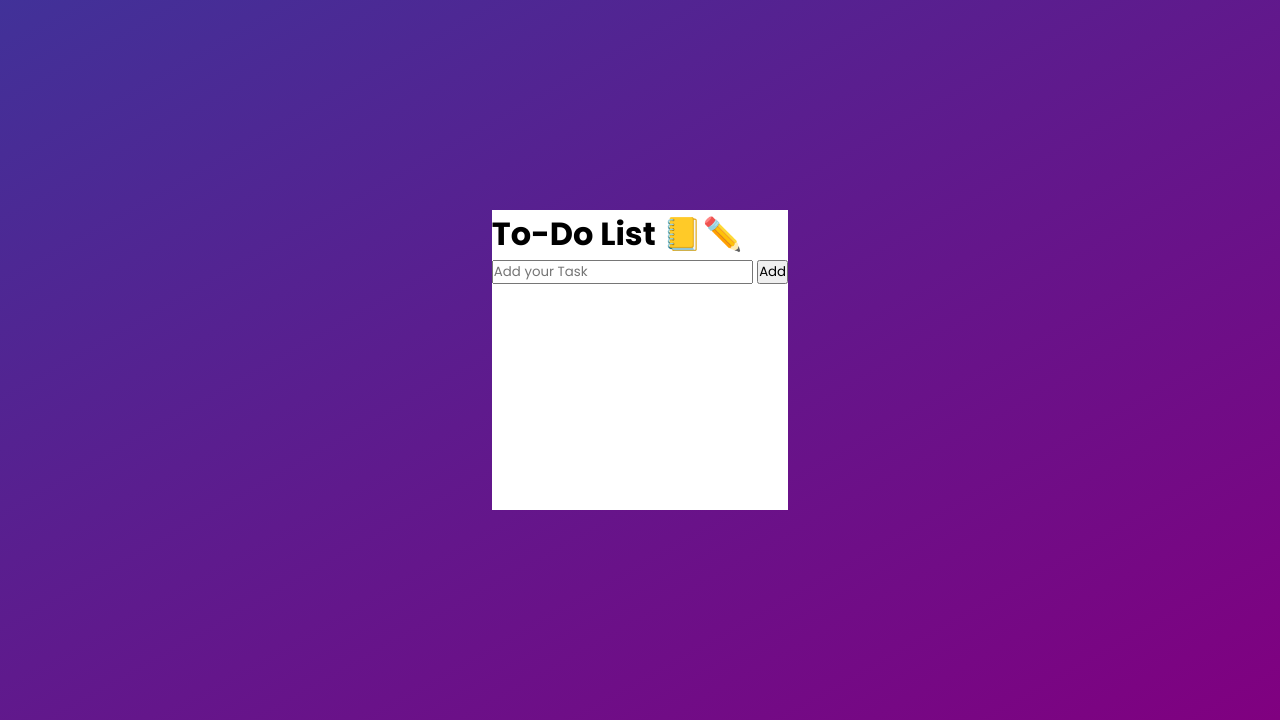
Repository: Ankitkr2021/To-Do-List
Page: index.html
These files come from the project's save history. The page is drawn as it stood at one moment and after the next save; the edit follows.
The browser window is 1280 px wide. The pictures show the whole page.

Above is the page before, as saved 2025-10-03 10:02:12.

After the next save:
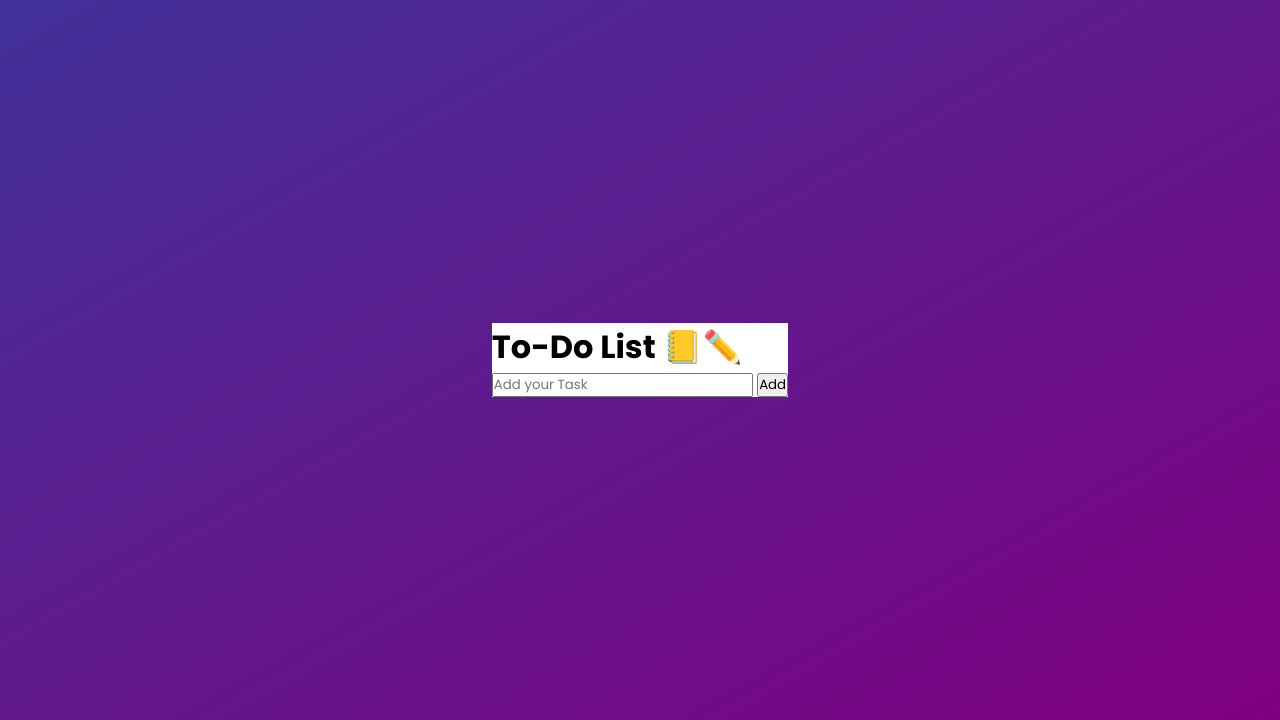
Saved 12 s later.
--- a/style.css
+++ b/style.css
@@ -17,5 +17,6 @@ body{
 
 .box {
     background: #fff;
-    height: 300px;
+    max-height: 300px;
+
 }
